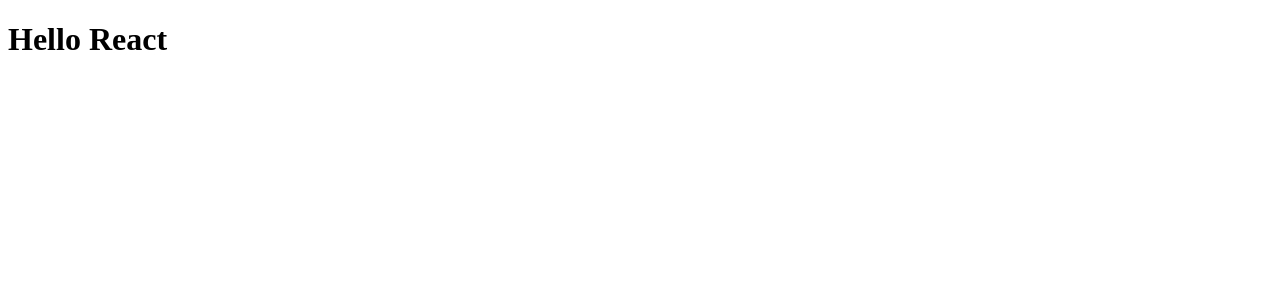
Repository: phtai214/JunoProject
Page: / (app in FE/junoshop/)
These files come from the project's save history. The page is drawn as it stood at one moment and after the next save; the edit follows.
The browser window is 1280 px wide. The pictures show the whole page.
The project was rebuilt for these pictures with package versions that can differ from the ones it lists, and the page was loaded fresh each time.

Above is the page before, as saved 2024-09-25 22:45:58.

After the next save:
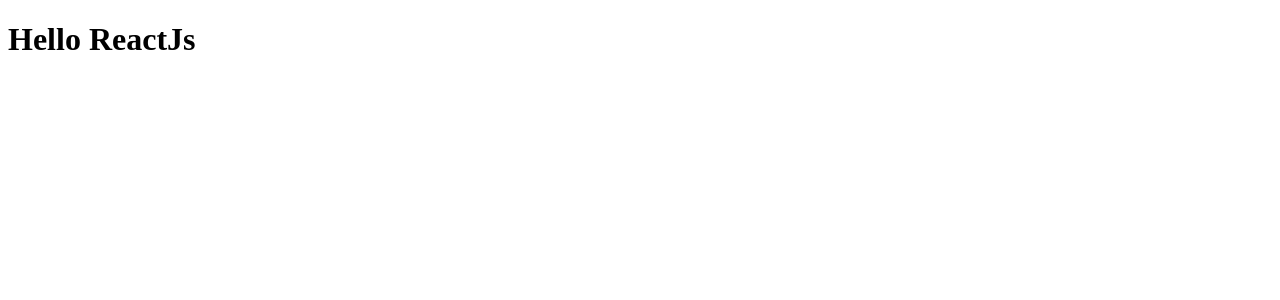
Saved 20 min 51 s later.
--- a/FE/junoshop/src/index.js
+++ b/FE/junoshop/src/index.js
@@ -2,4 +2,4 @@ import React from "react";
 import ReactDOM from "react-dom/client";
 
 const root = ReactDOM.createRoot(document.getElementById("root"));
-root.render(<h1>Hello React</h1>);
+root.render(<h1>Hello ReactJs</h1>);
